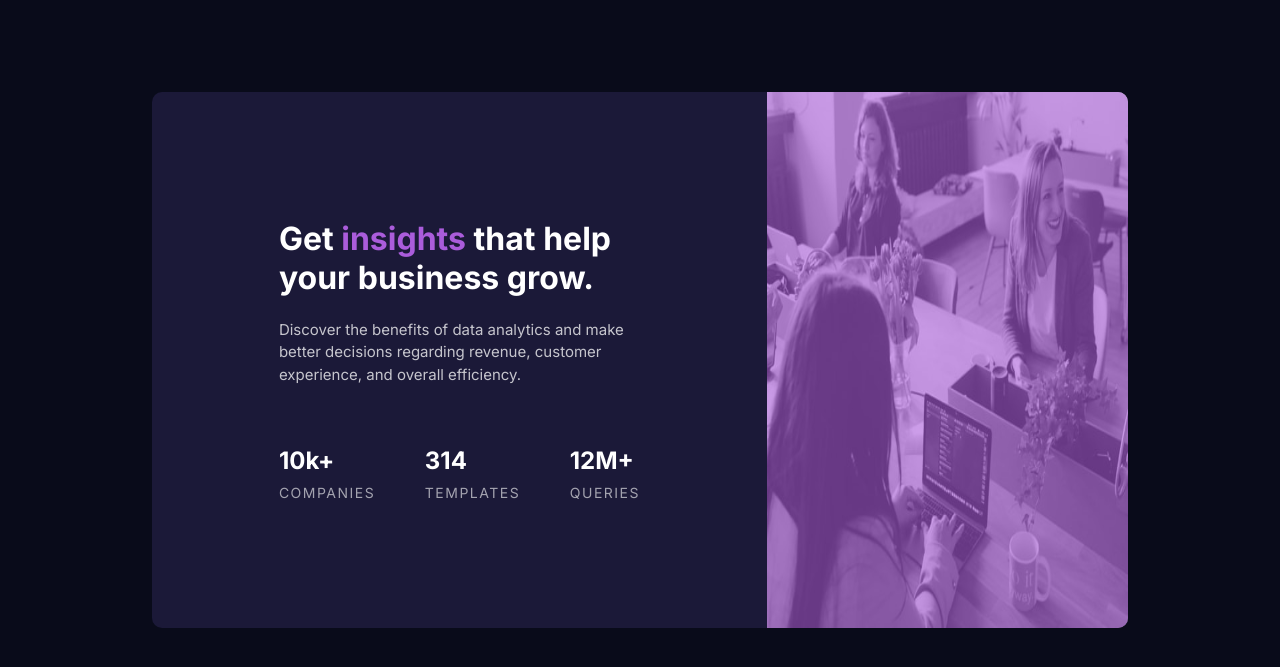
Repository: keisewarsame/stats-preview-frontendmentor
Page: index.html
These files come from the project's save history. The page is drawn as it stood at one moment and after the next save; the edit follows.
The browser window is 1280 px wide. The pictures show the whole page.

Above is the page before, as saved 2022-07-12 14:17:23.

### index.html
<!DOCTYPE html>
<html lang="en">
<head>
  <meta charset="UTF-8">
  <meta name="viewport" content="width=device-width, initial-scale=1.0"> <!-- displays site properly based on user's device -->
  <link rel="icon" type="image/png" sizes="32x32" href="./images/favicon-32x32.png">
  <link rel="stylesheet" href="styles.css">
  <title>Frontend Mentor | Stats preview card component</title>
</head>
<body>
    <div class="container">
        <div class="wrapper">
            <div class="text-component">
                <h1 class="title">Get <span>insights</span> that help your business grow.</h1>
                <p class="subtitle">Discover the benefits of data analytics and make better decisions regarding revenue, customer experience, and overall efficiency.</p>
                <div class="stats-component">
                    <div>
                        <p class="num">10k+</p>
                        <p class="stats-sub">Companies</p>
                    </div>
                    <div>
                        <p class="num">314</p>
                        <p class="stats-sub">Templates</p>
                    </div>
                    <div>
                        <p class="num">12M+</p>
                        <p class="stats-sub">Queries</p>
                    </div>
                </div>
            </div>
            <div class="image-component">
                <img src="/images/image-header-desktop.jpg" alt="">
            </div>
        </div>
    </div>
</body>
</html>

### styles.css
@import url('https://fonts.googleapis.com/css2?family=Inter:wght@400;700&family=Lexend+Deca&display=swap');

* {
    margin: 0;
    padding: 0;
}

body {
    font-family: 'Inter', sans-serif;
    display: flex;
    align-items: center;
    min-height: 100vh;
    background-color: hsl(233, 47%, 7%);
}

.container {
    margin: 0 auto;
    max-width: 1040px;
}

.wrapper {
    background-color: hsl(244, 38%, 16%);
    display:flex;
    border-radius: 10px;
    overflow: hidden;
    margin: 2rem;
}

.text-component {
    padding: 13%;
    font-family: 'Inter', sans-serif;
    flex: 1;
}

.title {
    color: hsl(0, 0%, 100%);
    padding-bottom: 22px;
    font-weight: 700;
}

.title span {
    color: hsl(277, 64%, 61%)
}

.subtitle {
    color: hsla(0, 0%, 100%, 0.75);
    line-height: 1.5;
    font-size: 15px;
}

.stats-component {
    display: flex;
    justify-content: space-between;
    padding-top: 60px;
}

.num {
    color: hsl(0, 0%, 100%);
    font-weight: 700;
    font-size: 24px;
    margin-bottom: 9px
}

.stats-sub {
    text-transform: uppercase;
    color: hsla(0, 0%, 100%, 0.6);
    font-size: 14px;
    letter-spacing: 1.5px;
}



.image-component {
    position: relative;
    flex: 1;
}

img {
    height: 100%;
    width: 100%;
}

.image-component::after {
    position: absolute;
    content: '';
    height: 100%;
    width: 100%;
    top: 0;
    right: 0;
    background-color: hsla(277, 64%, 61%, 0.6);;
}

@media screen (max-width: 425px;) {
    body {
        text-align: center;
    }
    .wrapper {
        grid-template-columns: 1fr;
    }

    .image-component {
        order: -1;
    }
}

After the next save:
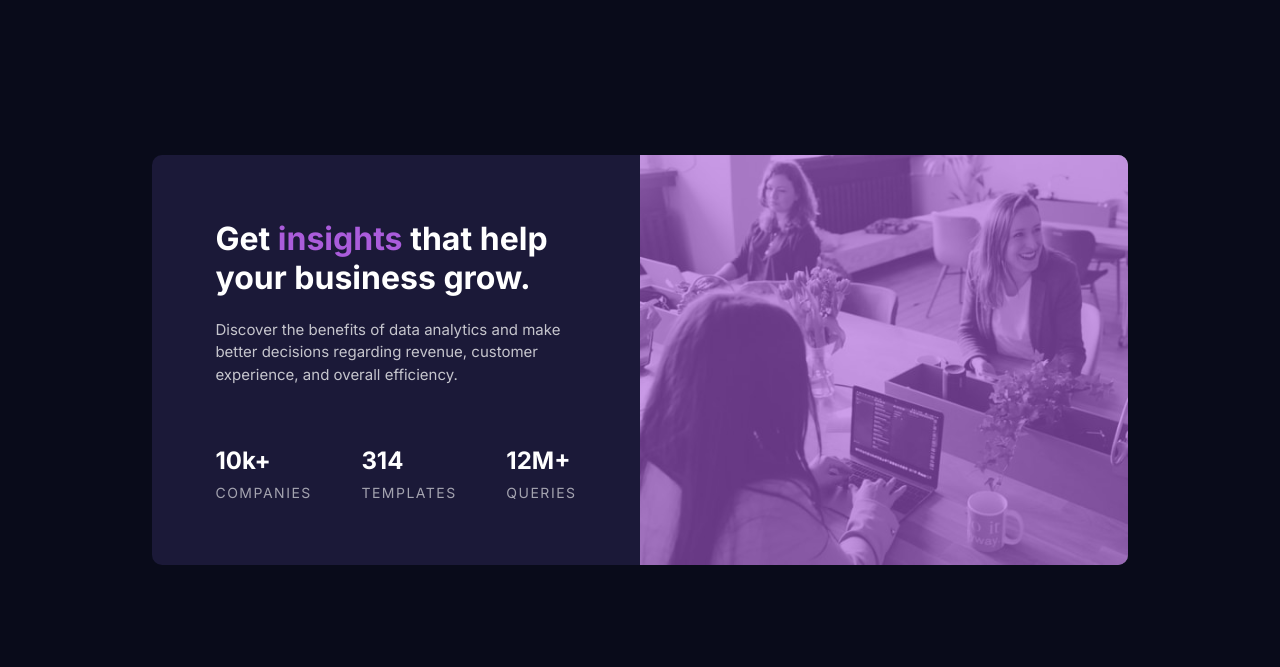
Saved 9 s later.
--- a/styles.css
+++ b/styles.css
@@ -20,7 +20,8 @@ body {
 
 .wrapper {
     background-color: hsl(244, 38%, 16%);
-    display:flex;
+    display: grid;
+    grid-template-columns: 1fr 1fr;
     border-radius: 10px;
     overflow: hidden;
     margin: 2rem;
@@ -29,7 +30,6 @@ body {
 .text-component {
     padding: 13%;
     font-family: 'Inter', sans-serif;
-    flex: 1;
 }
 
 .title {
@@ -72,7 +72,6 @@ body {
 
 .image-component {
     position: relative;
-    flex: 1;
 }
 
 img {
